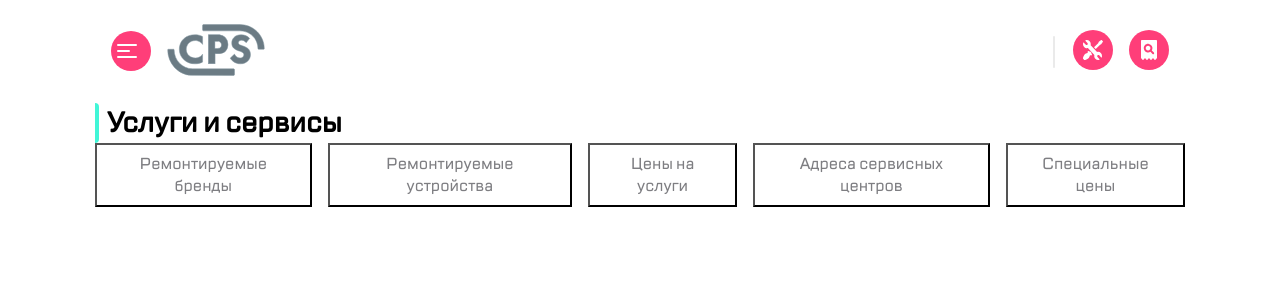
Repository: sem1103/bem
Page: index.html
The author's editor kept a copy of each file at every save. The page is drawn from the files as they stood at one save, then again after the next save.
The browser window is 1280 px wide. The pictures show the whole page.

Above is the page before, as saved 2023-12-27 11:09:41.

### index.html
<!DOCTYPE html>
<html lang="en">
<head>
    <meta charset="UTF-8">
    <meta name="viewport" content="width=device-width, initial-scale=1.0">
    <title>CPS</title>
    <link rel="stylesheet" href="styles/reset.css">
    <link rel="stylesheet" href="styles/main.css">
</head>
<body>
    <div id="page" class="container">
        <header>
            <nav>
                <div class="burger">
                    <button class="burger__btn ">
                        <span></span>
                        <span></span>
                        <span></span>
                    </button>
                </div>

                <div class="burger-menu">

                    <ul class="burger-menu__list">
                        <li><a href="">Главная</a></li>
                        <li><a href="">Услуги и сервисы</a></li>
                        <li><a href="">Контакты</a></li>
                        <li><a href="">
                            <svg xmlns="http://www.w3.org/2000/svg" width="40" height="40" viewBox="0 0 40 40" fill="none">
                                <rect width="40" height="40" rx="20" fill="#FF3E79"/>
                                <path fill-rule="evenodd" clip-rule="evenodd" d="M12.7602 23.25L15.3002 22.96C15.9102 22.89 16.5102 23.1 16.9402 23.53L18.7802 25.37C21.6102 23.93 23.9302 21.62 25.3702 18.78L23.5202 16.93C23.0902 16.5 22.8802 15.9 22.9502 15.29L23.2402 12.77C23.3602 11.76 24.2102 11 25.2302 11H26.9602C28.0902 11 29.0302 11.94 28.9602 13.07C28.4302 21.61 21.6002 28.43 13.0702 28.96C11.9402 29.03 11.0002 28.09 11.0002 26.96V25.23C10.9902 24.22 11.7502 23.37 12.7602 23.25Z" fill="white"/>
                              </svg>
                        </a></li>
                        <li><a href="">
                            <svg xmlns="http://www.w3.org/2000/svg" width="40" height="40" viewBox="0 0 40 40" fill="none">
                                <rect width="40" height="40" rx="20" fill="#FF3E79"/>
                                <path fill-rule="evenodd" clip-rule="evenodd" d="M28 11H12C10.9 11 10.01 11.9 10.01 13L10 31L14 26H28C29.1 26 30 25.1 30 24V13C30 11.9 29.1 11 28 11ZM21 22H15C14.45 22 14 21.55 14 21C14 20.45 14.45 20 15 20H21C21.55 20 22 20.45 22 21C22 21.55 21.55 22 21 22ZM25 17H15C14.45 17 14 16.55 14 16C14 15.45 14.45 15 15 15H25C25.55 15 26 15.45 26 16C26 16.55 25.55 17 25 17Z" fill="white"/>
                                <mask id="mask0_0_1880" style="mask-type:luminance" maskUnits="userSpaceOnUse" x="10" y="11" width="20" height="20">
                                  <path fill-rule="evenodd" clip-rule="evenodd" d="M28 11H12C10.9 11 10.01 11.9 10.01 13L10 31L14 26H28C29.1 26 30 25.1 30 24V13C30 11.9 29.1 11 28 11ZM21 22H15C14.45 22 14 21.55 14 21C14 20.45 14.45 20 15 20H21C21.55 20 22 20.45 22 21C22 21.55 21.55 22 21 22ZM25 17H15C14.45 17 14 16.55 14 16C14 15.45 14.45 15 15 15H25C25.55 15 26 15.45 26 16C26 16.55 25.55 17 25 17Z" fill="white"/>
                                </mask>
                                <g mask="url(#mask0_0_1880)">
                                </g>
                              </svg>
                        </a></li>
                        <li><a href="">
                            <svg xmlns="http://www.w3.org/2000/svg" width="40" height="40" viewBox="0 0 40 40" fill="none">
                                <rect width="40" height="40" rx="20" fill="#FF3E79"/>
                                <path d="M20.5 19C22.9853 19 25 16.9853 25 14.5C25 12.0147 22.9853 10 20.5 10C18.0147 10 16 12.0147 16 14.5C16 16.9853 18.0147 19 20.5 19Z" fill="white"/>
                                <path d="M10.0166 26.6118C9.88693 27.3412 10.5352 28 11.339 28H28.6604C29.4902 28 30.1125 27.3412 29.9829 26.6118C29.2309 22.4 25.0561 20 19.9997 20C14.9433 20 10.7686 22.4 10.0166 26.6118Z" fill="white"/>
                              </svg>
                        </a></li>
                    </ul>
                </div>

                <div class="logo">
                    <svg class="logo__item" xmlns="http://www.w3.org/2000/svg" width="98" height="52" viewBox="0 0 98 52" fill="none">
                        <path fill-rule="evenodd" clip-rule="evenodd" d="M36.5703 0.592529C36.018 0.592529 35.5703 1.04024 35.5703 1.59253V5.86748C35.5703 6.41977 36.018 6.86748 36.5703 6.86748H72.8973C83.0242 6.86748 90.9777 14.6641 90.9777 24.757C90.9777 25.0425 91.2092 25.274 91.4948 25.274H96.757C97.0425 25.274 97.274 25.0425 97.274 24.757C97.274 11.2677 86.432 0.592529 72.8973 0.592529H36.5703Z" fill="#6B7B84" stroke="#80949F" stroke-width="0.5"/>
                        <path fill-rule="evenodd" clip-rule="evenodd" d="M7.10682 25.7122C7.10682 25.4702 6.91059 25.2739 6.66853 25.2739H1.16436C0.922303 25.2739 0.726074 25.4702 0.726074 25.7122C0.726074 39.3616 10.9493 50.6311 24.1687 51.3686L66.5104 51.4064C67.063 51.4069 67.5113 50.959 67.5113 50.4064V45.8267C67.5113 45.2745 67.0635 44.8267 66.5113 44.8267H25.6265C15.3903 44.7984 7.10682 36.283 7.10682 25.7122Z" fill="#6B7B84" stroke="#80949F" stroke-width="0.5"/>
                        <path fill-rule="evenodd" clip-rule="evenodd" d="M28.1415 39.7924C30.8803 39.7924 33.1616 39.2603 35.4149 38.1655L35.5704 38.0199V30.1855L34.7273 31.2649C33.1049 33.0378 30.9259 34.0137 28.4608 34.0137C23.8692 34.0137 19.2575 31.0459 19.2575 25.3738C19.2575 21.0874 22.4381 16.532 28.2993 16.532C29.4688 16.532 32.313 16.8085 34.7232 19.368L35.5704 20.4117V12.6127L35.4218 12.4653C33.1258 11.3147 30.7843 10.7554 28.1137 10.7554C23.5467 10.7554 19.9821 11.9577 17.1438 14.4289C15.3435 15.9777 12.3408 19.4485 12.3408 25.2923C12.3408 29.6131 13.8793 32.9875 17.1669 35.9144C20.2252 38.5962 23.6163 39.7924 28.1415 39.7924Z" fill="#6B7B84"/>
                        <path d="M28.1415 39.7924C30.8803 39.7924 33.1616 39.2603 35.4149 38.1655L35.5704 38.0199V30.1855L34.7273 31.2649C33.1049 33.0378 30.9259 34.0137 28.4608 34.0137C23.8692 34.0137 19.2575 31.0459 19.2575 25.3738C19.2575 21.0874 22.4381 16.532 28.2993 16.532C29.4688 16.532 32.313 16.8085 34.7232 19.368L35.5704 20.4117V12.6127L35.4218 12.4653C33.1258 11.3147 30.7843 10.7554 28.1137 10.7554C23.5467 10.7554 19.9821 11.9577 17.1438 14.4289C15.3435 15.9777 12.3408 19.4485 12.3408 25.2923C12.3408 29.6131 13.8793 32.9875 17.1669 35.9144C20.2252 38.5962 23.6163 39.7924 28.1415 39.7924" stroke="#80949F" stroke-width="0.5"/>
                        <path fill-rule="evenodd" clip-rule="evenodd" d="M47.9111 17.2888H49.2755C50.5269 17.2888 51.9533 17.3571 53.0328 18.093C53.56 18.4695 54.4445 19.3412 54.4445 20.9246C54.4445 22.0946 53.9274 23.1437 53.0734 23.7984C51.9783 24.5932 50.6768 24.5476 49.6309 24.5476H47.9111V17.2888ZM50.977 29.8179C54.2084 29.8179 56.7377 28.8858 58.4943 27.1298C60.655 24.9735 60.9779 22.0073 60.9779 20.4435C60.9779 18.7703 60.5813 15.5066 57.9212 13.1435C55.7407 11.2328 53.4142 10.7554 50.1324 10.7554H41.3779V39.7924H48.0365V29.8179H50.977Z" fill="#6B7B84"/>
                        <path d="M47.9111 17.2888V17.0388H47.6611V17.2888H47.9111ZM53.0328 18.093L53.1782 17.8895L53.1736 17.8864L53.0328 18.093ZM53.0734 23.7984L53.2203 24.0007L53.2254 23.9968L53.0734 23.7984ZM47.9111 24.5476H47.6611V24.7976H47.9111V24.5476ZM58.4943 27.1298L58.3177 26.9529L58.3175 26.953L58.4943 27.1298ZM57.9212 13.1435L58.0872 12.9566L58.086 12.9555L57.9212 13.1435ZM41.3779 10.7554V10.5054H41.1279V10.7554H41.3779ZM41.3779 39.7924H41.1279V40.0424H41.3779V39.7924ZM48.0365 39.7924V40.0424H48.2865V39.7924H48.0365ZM48.0365 29.8179V29.5679H47.7865V29.8179H48.0365ZM47.9111 17.5388H49.2755V17.0388H47.9111V17.5388ZM49.2755 17.5388C50.5326 17.5388 51.8839 17.6123 52.892 18.2995L53.1736 17.8864C52.0227 17.1019 50.5212 17.0388 49.2755 17.0388V17.5388ZM52.8875 18.2964C53.3751 18.6447 54.1945 19.4495 54.1945 20.9246H54.6945C54.6945 19.233 53.7448 18.2943 53.1782 17.8895L52.8875 18.2964ZM54.1945 20.9246C54.1945 22.0205 53.7107 22.9948 52.9213 23.5999L53.2254 23.9968C54.1441 23.2926 54.6945 22.1687 54.6945 20.9246H54.1945ZM52.9265 23.596C51.9091 24.3345 50.6971 24.2976 49.6309 24.2976V24.7976C50.6564 24.7976 52.0475 24.8519 53.2202 24.0007L52.9265 23.596ZM49.6309 24.2976H47.9111V24.7976H49.6309V24.2976ZM48.1611 24.5476V17.2888H47.6611V24.5476H48.1611ZM50.977 30.0679C54.2568 30.0679 56.8563 29.1207 58.671 27.3066L58.3175 26.953C56.6191 28.6509 54.1599 29.5679 50.977 29.5679V30.0679ZM58.6709 27.3068C60.9029 25.0793 61.2279 22.0287 61.2279 20.4435H60.7279C60.7279 21.9859 60.407 24.8678 58.3177 26.9529L58.6709 27.3068ZM61.2279 20.4435C61.2279 18.7422 60.8263 15.3898 58.0872 12.9566L57.7552 13.3304C60.3363 15.6233 60.7279 18.7983 60.7279 20.4435H61.2279ZM58.086 12.9555C55.84 10.9874 53.4417 10.5054 50.1324 10.5054V11.0054C53.3867 11.0054 55.6415 11.4782 57.7564 13.3315L58.086 12.9555ZM50.1324 10.5054H41.3779V11.0054H50.1324V10.5054ZM41.1279 10.7554V39.7924H41.6279V10.7554H41.1279ZM41.3779 40.0424H48.0365V39.5424H41.3779V40.0424ZM48.2865 39.7924V29.8179H47.7865V39.7924H48.2865ZM48.0365 30.0679H50.977V29.5679H48.0365V30.0679Z" fill="#80949F"/>
                        <path fill-rule="evenodd" clip-rule="evenodd" d="M80.953 24.4687C79.5053 23.1861 77.4846 22.4425 75.1911 21.6713C73.5569 21.1027 72.6565 20.7894 72.0562 20.2421C71.5824 19.8399 71.3712 19.4033 71.3712 18.8262C71.3712 17.5622 72.2301 16.2113 74.6414 16.2113C76.2801 16.2113 77.6521 16.912 78.7197 18.293L79.1435 18.8414L82.6597 14.3656L82.3392 14.0445C80.1886 11.8924 77.3548 10.7554 74.1439 10.7554C67.6657 10.7554 64.7658 14.9699 64.7658 19.1468C64.7658 21.3882 65.5651 23.196 67.1367 24.5175C68.5437 25.7234 70.2595 26.3991 71.9054 26.9507L72.0914 27.0123C73.553 27.4954 75.0646 27.9954 75.9674 28.8034C76.5955 29.3805 76.8754 30.0076 76.8754 30.8367C76.8754 32.7368 75.379 34.0137 73.152 34.0137C71.3916 34.0137 69.0735 33.1508 67.8471 30.7296L67.5263 30.0953L63.1558 34.1411L63.4135 34.5056C64.8079 36.4801 67.9545 39.7924 73.3594 39.7924C79.3191 39.7924 83.4817 35.9608 83.4817 30.4751C83.4817 27.3374 82.1051 25.4752 80.953 24.4687Z" fill="#6B7B84"/>
                        <path d="M80.953 24.4687C79.5053 23.1861 77.4846 22.4425 75.1911 21.6713C73.5569 21.1027 72.6565 20.7894 72.0562 20.2421C71.5824 19.8399 71.3712 19.4033 71.3712 18.8262C71.3712 17.5622 72.2301 16.2113 74.6414 16.2113C76.2801 16.2113 77.6521 16.912 78.7197 18.293L79.1435 18.8414L82.6597 14.3656L82.3392 14.0445C80.1886 11.8924 77.3548 10.7554 74.1439 10.7554C67.6657 10.7554 64.7658 14.9699 64.7658 19.1468C64.7658 21.3882 65.5651 23.196 67.1367 24.5175C68.5437 25.7234 70.2595 26.3991 71.9054 26.9507L72.0914 27.0123C73.553 27.4954 75.0646 27.9954 75.9674 28.8034C76.5955 29.3805 76.8754 30.0076 76.8754 30.8367C76.8754 32.7368 75.379 34.0137 73.152 34.0137C71.3916 34.0137 69.0735 33.1508 67.8471 30.7296L67.5263 30.0953L63.1558 34.1411L63.4135 34.5056C64.8079 36.4801 67.9545 39.7924 73.3594 39.7924C79.3191 39.7924 83.4817 35.9608 83.4817 30.4751C83.4817 27.3374 82.1051 25.4752 80.953 24.4687" stroke="#80949F" stroke-width="0.5"/>
                      </svg>
                </div>

                <div class="right-nav">
                    <ul class="right-nav__list">
                        <li><a href="">
                            <svg xmlns="http://www.w3.org/2000/svg" width="40" height="40" viewBox="0 0 40 40" fill="none">
                                <rect width="40" height="40" rx="20" fill="#FF3E79"/>
                                <path d="M18.2581 23.4583L18.6668 23.0494L16.95 21.3322L16.5412 21.7411L16.3368 21.5367C16.0098 21.1687 15.6828 20.9643 15.3558 21.0052C15.1105 21.0052 14.9061 21.1687 14.7426 21.414C14.4973 21.8229 14.62 22.2726 14.6608 22.5588C14.6608 22.6406 14.7017 22.6815 14.7017 22.7632C14.7017 22.8859 14.7017 23.0494 14.4156 23.0903C14.0068 23.213 13.4754 23.3356 12.944 23.6218C12.2082 24.0307 11.7176 24.3987 11.4315 24.7666C9.91902 26.7291 10.0008 28.4055 10.0008 28.4872C10.0008 28.6099 10.0417 28.6917 10.1234 28.7325L11.2271 29.8773C11.3089 29.9591 11.3906 30 11.4724 30C11.4724 30 11.5133 30 11.595 30C12.0038 30 13.4754 29.9182 15.1922 28.569C15.5601 28.2828 15.928 27.7922 16.3368 27.0562C16.623 26.5656 16.7865 26.0341 16.8682 25.5844C16.95 25.2982 17.0726 25.2982 17.1953 25.2982C17.2361 25.2982 17.3179 25.339 17.3996 25.339C17.5631 25.3799 17.7267 25.4208 17.931 25.4208C18.1354 25.4208 18.3398 25.3799 18.5442 25.2573C18.7895 25.0937 18.953 24.8893 18.9939 24.644C19.0347 24.3169 18.8712 23.9898 18.5033 23.7036L18.2581 23.4583Z" fill="white"/>
                                <path d="M26.884 14.8784L28.0188 14.326C28.0609 14.2835 28.1449 14.241 28.1869 14.1986L29.9101 11.8616C30.0362 11.6916 30.0362 11.4367 29.8681 11.3092L28.6913 10.1195C28.5652 9.99199 28.313 9.9495 28.1449 10.077L25.8333 11.8191C25.7913 11.8616 25.7493 11.9041 25.7072 11.989L25.1609 13.1363L21 17.2154L22.7652 19L26.884 14.8784Z" fill="white"/>
                                <path d="M27.8527 23.0448C26.8636 22.0036 25.4393 21.6288 24.0941 22.0036L17.6453 15.1733C17.7244 14.7985 17.764 14.4653 17.764 14.0905C17.764 13.0493 17.3683 12.0081 16.6166 11.2167C15.588 10.0923 14.045 9.71742 12.6207 10.2172C12.5416 10.2588 12.4229 10.3838 12.3833 10.5504C12.3833 10.6753 12.4229 10.8003 12.502 10.9252L14.4406 12.966C14.8758 13.4241 14.8758 14.2154 14.4406 14.6735C14.0054 15.1317 13.2537 15.1317 12.8185 14.6735L10.8799 12.6328C10.7612 12.5495 10.6425 12.5078 10.4843 12.5495C10.3656 12.5495 10.2469 12.6744 10.2073 12.7994C9.73256 14.2571 10.0886 15.8813 11.1173 16.9642C11.8294 17.7555 12.8581 18.172 13.8867 18.172C14.2032 18.172 14.5593 18.1303 14.8758 18.047L21.3642 24.8773C21.0082 26.2933 21.4038 27.7927 22.3533 28.8339C23.105 29.6252 24.0546 30 25.0832 30C25.5184 30 25.914 29.9167 26.3492 29.7918C26.4679 29.7501 26.5866 29.6252 26.6262 29.5002C26.6658 29.3753 26.6262 29.2087 26.5075 29.1254L24.5689 27.0846C24.3711 26.8764 24.2128 26.5432 24.2128 26.21C24.2128 25.8768 24.3315 25.5853 24.5689 25.3354C24.8063 25.0855 25.0832 24.9606 25.3997 24.9606C25.7162 24.9606 25.9932 25.0855 26.2306 25.3354L28.1692 27.3762C28.2879 27.4595 28.4065 27.5011 28.5252 27.5011C28.6439 27.4595 28.7626 27.3762 28.8022 27.2512C28.9209 26.8348 29 26.3766 29 25.9185C29 24.8356 28.6044 23.7944 27.8527 23.0448Z" fill="white"/>
                              </svg>
                        </a></li>

                        <li><a href="">
                            <svg xmlns="http://www.w3.org/2000/svg" width="40" height="40" viewBox="0 0 40 40" fill="none">
                                <rect width="40" height="40" rx="20" fill="#FF3E79"/>
                                <path fill-rule="evenodd" clip-rule="evenodd" d="M12 11C12 10.4477 12.4477 10 13 10H27C27.5523 10 28 10.4477 28 11V28.5C27.1716 28.5 26.5 29.1715 26.5 29.9999H25.5C25.5 29.1715 24.8284 28.5 24 28.5C23.1716 28.5 22.5 29.1715 22.5 29.9999H21.5C21.5 29.1715 20.8284 28.5 20 28.5C19.1716 28.5 18.5 29.1715 18.5 29.9999H17.5C17.5 29.1715 16.8284 28.5 16 28.5C15.1716 28.5 14.5 29.1715 14.5 29.9999H13.5C13.5 29.1715 12.8284 28.5 12 28.5V11ZM21.4163 21.7884C20.5536 22.3443 19.4703 22.5936 18.3296 22.3827C16.5274 22.0472 15.0895 20.5326 14.8595 18.7114C14.4952 15.8261 16.9492 13.4201 19.8538 13.8802C21.656 14.1677 23.1034 15.6439 23.4006 17.4365C23.5828 18.5484 23.3239 19.5741 22.7871 20.4272L24.896 22.5265C25.2699 22.9003 25.2699 23.5138 24.896 23.8876C24.5126 24.2711 23.8991 24.2711 23.5252 23.8972L21.4163 21.7884ZM16.7058 18.0588C16.7058 16.7599 17.7599 15.7058 19.0588 15.7058C20.3576 15.7058 21.4117 16.7599 21.4117 18.0588C21.4117 19.3576 20.3576 20.4117 19.0588 20.4117C17.7599 20.4117 16.7058 19.3576 16.7058 18.0588Z" fill="white"/>
                              </svg>
                        </a></li>
                    </ul>
                </div>
            </nav>
        </header>

        <main>
            <div class="title">
                <h1>
                    Услуги и сервисы
                </h1>
                <ul class="title__nav">
                    <li><a href=""></a></li>
                    <li><a href=""></a></li>
                </ul>
            </div>

            <div class="navigation">
                <ul class="navigation__list">
                    <li><button>Ремонтируемые бренды</button></li>
                    <li><button>Ремонтируемые устройства</button></li>
                    <li><button>Цены на услуги</button></li>
                    <li><button>Адреса сервисных центров</button></li>
                    <li><button>Специальные цены</button></li>
                </ul>
            </div>
        </main>

        <footer></footer>
    </div>
</body>
</html>

### styles/reset.css
:root{
    --green: #57aa32;
    --gray: #2e2d2c;
}
html{
    scroll-behavior: smooth;
}
html,
body,
div,
span,
applet,
object,
iframe,
h1,
h2,
h3,
h4,
h5,
h6,
p,
blockquote,
pre,
a,
abbr,
acronym,
address,
big,
cite,
code,
del,
dfn,
em,
img,
ins,
kbd,
q,
s,
samp,
small,
strike,
strong,
sub,
sup,
tt,
var,
b,
u,
i,
center,
dl,
dt,
dd,
ol,
ul,
li,
fieldset,
form,
label,
legend,
table,
caption,
tbody,
tfoot,
thead,
tr,
th,
td,
article,
aside,
canvas,
details,
embed,
figure,
figcaption,
footer,
header,
hgroup,
menu,
nav,
output,
ruby,
section,
summary,
time,
mark,
audio,
video {
    margin: 0;
    padding: 0;
    border: 0;
    font-size: 100%;
    font: inherit;
    vertical-align: baseline
}

article,
aside,
details,
figcaption,
figure,
footer,
header,
hgroup,
menu,
nav,
section {
    display: block
}

body {
    line-height: 1;
}

ol,
ul {
    list-style: none
}

blockquote,
q {
    quotes: none
}

blockquote:before,
blockquote:after,
q:before,
q:after {
    content: '';
    content: none
}

table {
    border-collapse: collapse;
    border-spacing: 0
}

a {
    text-decoration: none;
    color: #365edc;
    transition: all .3s ease-in-out
}

a:hover {
    color: #365edc;
}

* {
    box-sizing: border-box
}




.active__menu{
    opacity: .7;
    color: var(--gray);
}
#page{
    min-height: 100vh;
}

.container{
    max-width: 1160px;
    margin: auto;
    padding: 0 15px;
}
main img{
    width: 100%;
    height: auto;
}

### styles/main.css
:root{
    --pink: #FF3E79;
}
@font-face {
    font-family: 'TT Lakes Medium';
    src: url('../fonts/TTLakes-Medium.eot');
    src: url('../fonts/TTLakes-Medium.eot?#iefix') format('embedded-opentype'),
    url('../fonts/TTLakes-Medium.woff') format('woff'),
    url('../fonts/TTLakes-Medium.ttf') format('truetype');
    font-weight: normal;
    font-style: normal;
    }
h1{
    font:700 28px/40px 'TT Lakes Medium';
    position: relative;
    padding: 0 0 0 12px;
}
h1::before{
    content: '';
    position: absolute;
    width: 4px;
    height: 100%;
    left: 0;
    background: #41F6D7;
    border-radius: 0 5px 5px 0;
}
.container{
    max-width: 1120px;
    margin: 0 auto;
}
header{
    position: relative;
    padding: 24px 16px;
}
nav{
    display: flex;
    align-items: center;
}
nav > div:last-child{
    margin: 0 0 0 auto;
}
.burger-menu{
    position: absolute;
    left: -300%;
}
.burger__btn{
    width: 40px;
    height: 40px;
    background: var(--pink);
    border: 0;
    border-radius: 50%;
    position: relative;
    cursor: pointer;
    margin: 0 16px 0 0;
}
.burger__btn span{
    display: block;
    width: 20px;
    height: 2px;
    background: #fff;
    border-radius: 5px;
    position: absolute;
    top: 50%;
    transform: translate(0, -50%);
}
.burger__btn span:first-child{
    top: 35%;
}
.burger__btn span:nth-child(2){
    width: 13px;
}
.burger__btn span:last-child{
    top: 65%;
}

.right-nav__list{
    display: flex;
    gap: 16px;
    position: relative;
}
.logo__item{
    position: relative;
}
.right-nav__list::before{
    content: "";
    position: absolute;
    left: -20px;
    height: 32px;
    top: 50%;
    transform: translateY(-50%);
    width: 2px;
    border-radius: 1px;
    background-color: #EAEAEA;
}

.navigation__list{
    display: flex;
    overflow: auto;
    gap: 16px;
}
.navigation__list button{
    color: #7E7E82;
    font: 500 16px 'TT Lakes Medium';
    background-color: #fff;
    padding: 8px 16px;
}

After the next save:
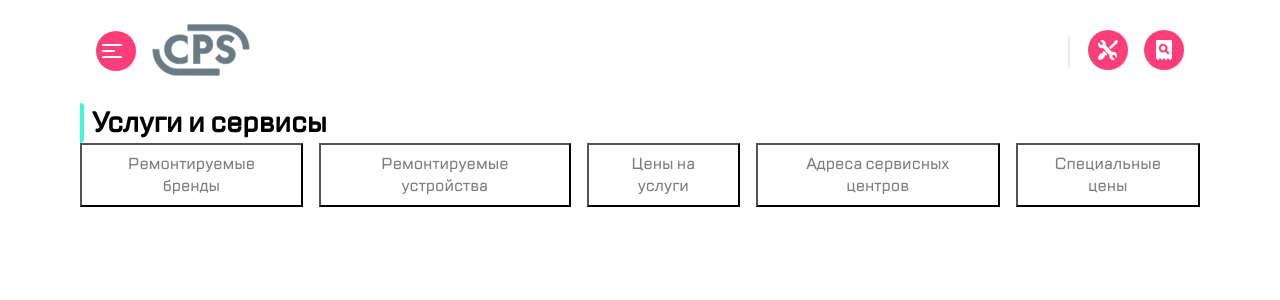
Saved 25 s later.
--- a/styles/reset.css
+++ b/styles/reset.css
@@ -149,22 +149,6 @@
     box-sizing: border-box
 }
 
-
-
-
-.active__menu{
-    opacity: .7;
-    color: var(--gray);
-}
-#page{
-    min-height: 100vh;
-}
-
-.container{
-    max-width: 1160px;
-    margin: auto;
-    padding: 0 15px;
-}
 main img{
     width: 100%;
     height: auto;
